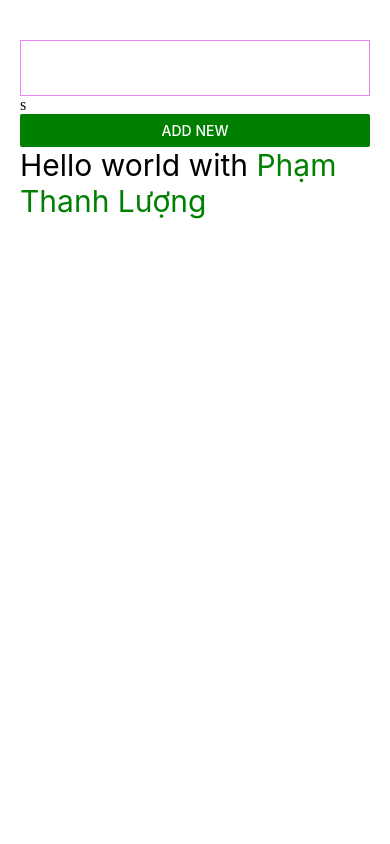
Repository: LuongPTCE181311/React-Native-Ultimate
Screen: /
These files come from the project's save history. The screen is drawn as it stood at one moment and after the next save; the edit follows.
The app was drawn by React Native's web renderer in a window 390 px wide. The project was rebuilt for these pictures with package versions that can differ from the ones it lists, and the page was loaded fresh each time. Some packages were replaced by stand-ins written for this rebuild.

Above is the screen before, as saved 2026-05-30 15:50:33.

### App.tsx
import { StatusBar } from 'expo-status-bar';
import { useState } from 'react';
import { Button, StyleSheet, Text, TextInput, View } from 'react-native';



export default function App() {

  const [name, setName] = useState<string>("");

  const [person, setPerson] = useState<{
    name: string;
    age: number;
  }>({
    name: "hoi dan it",
    age: 32
  })
  return (
    <View style={styles.container}>
      <View>
        <TextInput
         keyboardType='ascii-capable'
         multiline={true}
         onChangeText={value => setName(value)}
         value={name}
         style={styles.borderInput}/>
        <Text style={styles.text} >{name}</Text>s
      </View>

      <Button title='Add new' color={"green"}/>

      <Text style={styles.text2}>Hello world with
        <Text style={styles.greenColor}> Phạm Thanh Lượng</Text>
      </Text>
    </View>
  );
}

const styles = StyleSheet.create({
  greenColor: {
    color: "green"
  },
  text: {
    fontSize: 30,
    color: "red"
  },
  text2: {
    fontSize: 30
  },
  container: {
    flex: 1,
    backgroundColor: '#fff',
    // alignItems: 'center',
    // justifyContent: 'center'
    paddingHorizontal: 20,
    paddingTop: 40,
  },
  borderInput: {
    borderColor: "violet",
    borderWidth: 1,
    padding: 10
  }
});

Loaded but not shown: index.ts (common file)

After the next save:
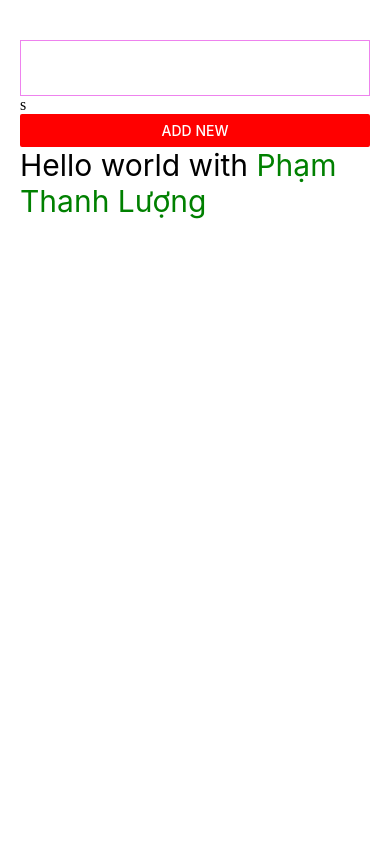
Saved 19 s later.
--- a/App.tsx
+++ b/App.tsx
@@ -27,7 +27,7 @@ export default function App() {
         <Text style={styles.text} >{name}</Text>s
       </View>
 
-      <Button title='Add new' color={"green"}/>
+      <Button title='Add new' color={"red"}/>
 
       <Text style={styles.text2}>Hello world with
         <Text style={styles.greenColor}> Phạm Thanh Lượng</Text>
